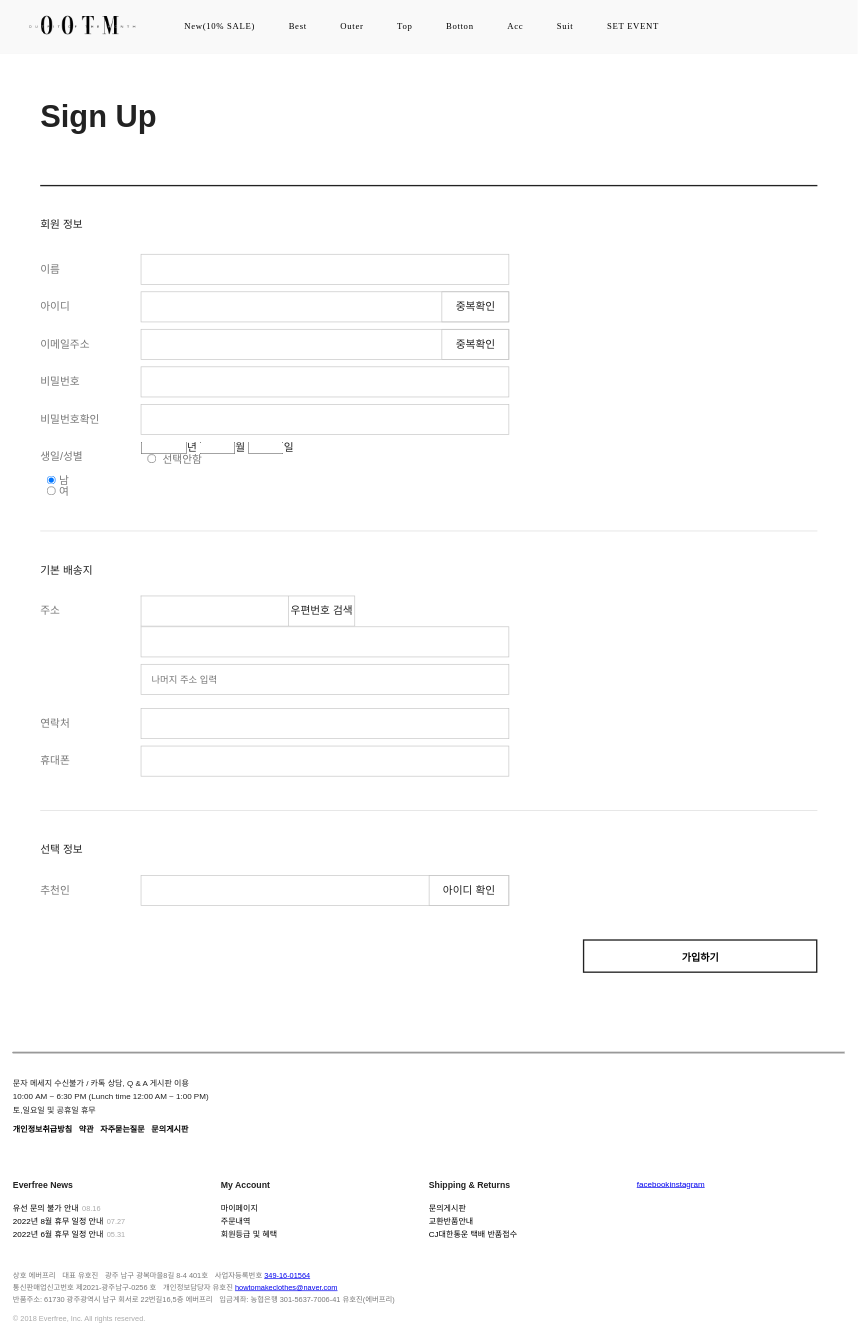
Repository: parkjunhoo/ootm
Page: http://localhost/ootm/jsp/signup.jsp
The author's editor kept a copy of each file at every save. The page is drawn from the files as they stood at one save, then again after the next save.
The browser window is 1280 px wide. The pictures show the whole page, at 67% of full size.
The page is served by Tomcat 9. Nobody is signed in. The application's start-up code is not run.

Above is the page before, as saved 2023-04-22 13:10:34.

After the next save:
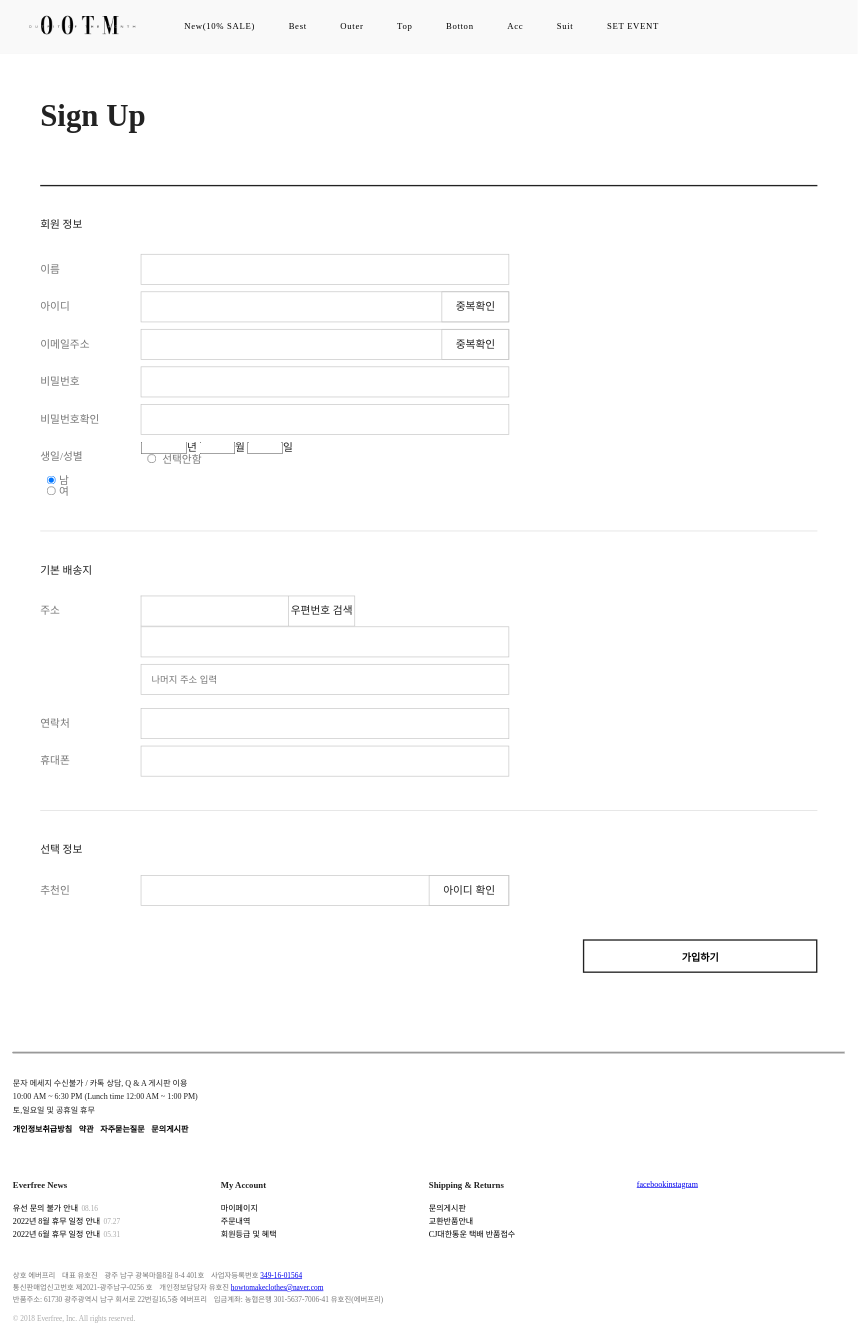
Saved 7 s later.
--- a/ootm/src/main/webapp/jsp/signup.jsp
+++ b/ootm/src/main/webapp/jsp/signup.jsp
@@ -145,7 +145,6 @@ input[type="radio"]{
         <link rel="stylesheet" type="text/css" href="/ootm/component/footer/footer.css"/>
         <link rel="stylesheet" type="text/css" href="/ootm/css/reset.css"/>
         <link rel="stylesheet" type="text/css" href="/ootm/css/test.css"/>
-        <link rel="stylesheet" type="text/css" href="/ootm/css/find.css">
 </head>
 <body>
 	<header-component logoDark="true" logoHoverDark="true" mTextColor="black" bgHoverColor="#F9F9F9"></header-component>
